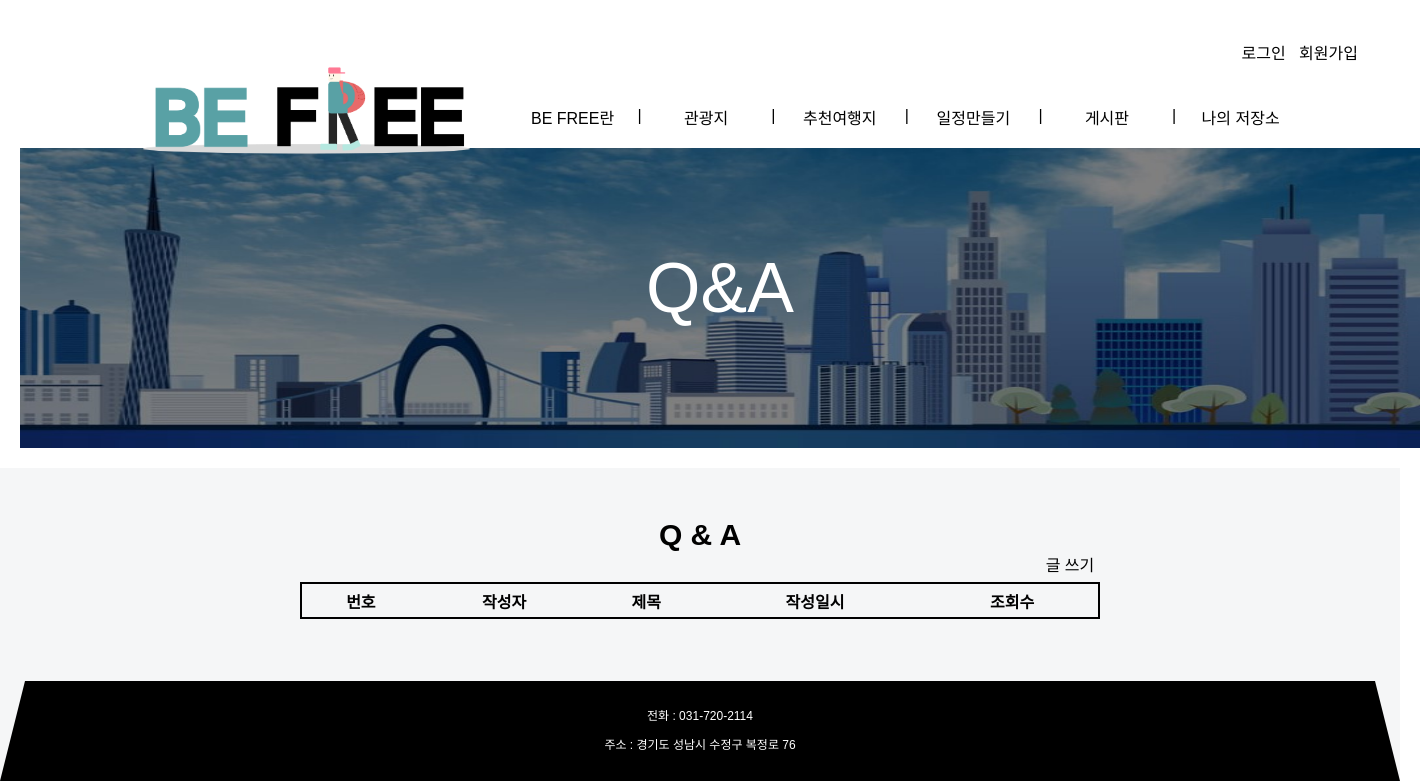
Repository: 1912087/Klavier_Piano
Page: http://localhost/notice/Q&A.jsp
The author's editor kept a copy of each file at every save. The page is drawn from the files as they stood at one save, then again after the next save.
The browser window is 1280 px wide. The page is 1420 px wide, so the pictures cover 1420 px, including what lies to the right of the window. The pictures show the whole page.
Backgrounds fixed to the window are drawn as part of the page. Some web fonts or font styles are not loaded; a fallback is used. The page is served by Tomcat 9. Queries for data that is not in the repository find no rows.

Above is the page before, as saved 2021-11-10 15:53:11.

After the next save:
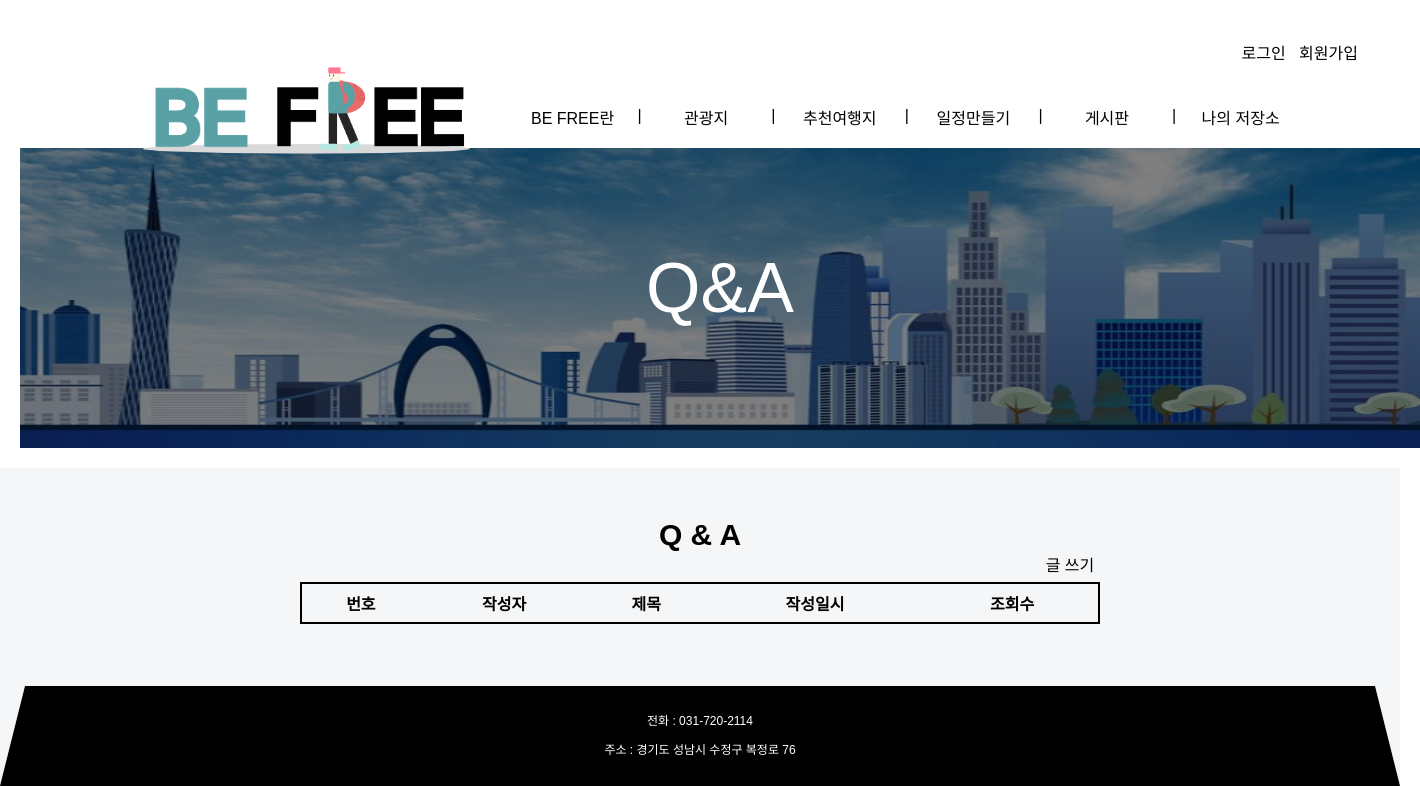
Saved 8 s later.
--- a/Notice/notice/WebContent/css/qa_design.css
+++ b/Notice/notice/WebContent/css/qa_design.css
@@ -323,7 +323,7 @@
                 text-align: center;
 
             }
-            tr{ height: 35px;}
+            tr{ height: 40px;}
             tr td{
                 height:15px;
                 border-bottom:1px solid black;
